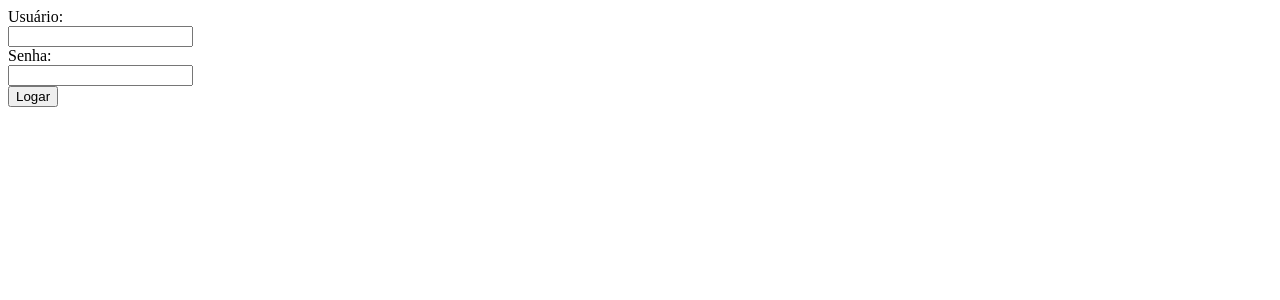
Repository: fcampara/java-web-begin
Page: http://localhost/JavaWeb/DadosPessoais.jsp
An editor plug-in stored every save of this project. The page is shown before and after the next save, followed by the edit.
The browser window is 1280 px wide. The pictures show the whole page.
The page is served by Tomcat 9. Other server files are loaded and not shown.

Above is the page before, as saved 2018-09-04 19:01:03.

### JavaWeb/WebContent/DadosPessoais.jsp
<%@ page language="java" contentType="text/html; charset=utf-8" pageEncoding="utf-8"%>
<!DOCTYPE html>
<html>
	<head>
		<meta charset="utf-8">
		<title>Insert title here</title>
	</head>
	<body>
		<form action="Login.jsp" method="post">
			Usuário: <br/><input type="text" name="usuario"/><br/>
			Senha: <br/><input type="password" name="senha"><br />
			<input type="submit" value="Logar">

		</form>
	</body>
</html>

After the next save:
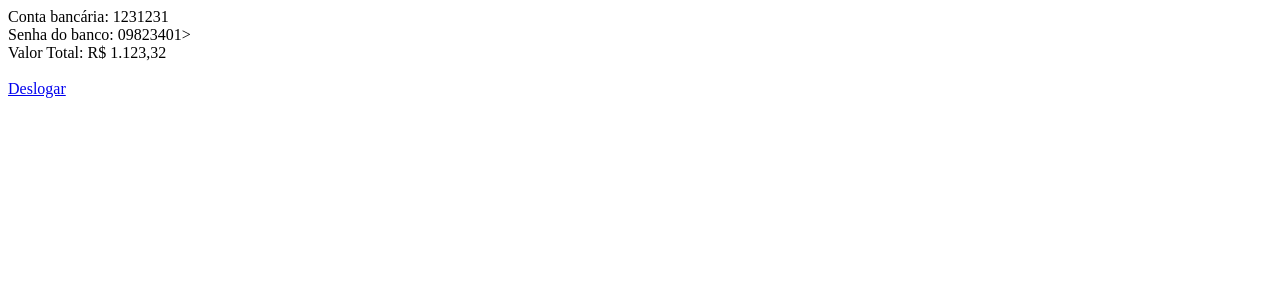
Saved 23 s later.
--- a/JavaWeb/WebContent/DadosPessoais.jsp
+++ b/JavaWeb/WebContent/DadosPessoais.jsp
@@ -6,11 +6,9 @@
 		<title>Insert title here</title>
 	</head>
 	<body>
-		<form action="Login.jsp" method="post">
-			Usuário: <br/><input type="text" name="usuario"/><br/>
-			Senha: <br/><input type="password" name="senha"><br />
-			<input type="submit" value="Logar">
-
-		</form>
+		Conta bancária: 1231231 </br>
+		Senha do banco:  09823401> </br>
+		Valor Total: R$ 1.123,32 </br>
+		</br> <a href="Login.jsp"> Deslogar </a>
 	</body>
 </html>
